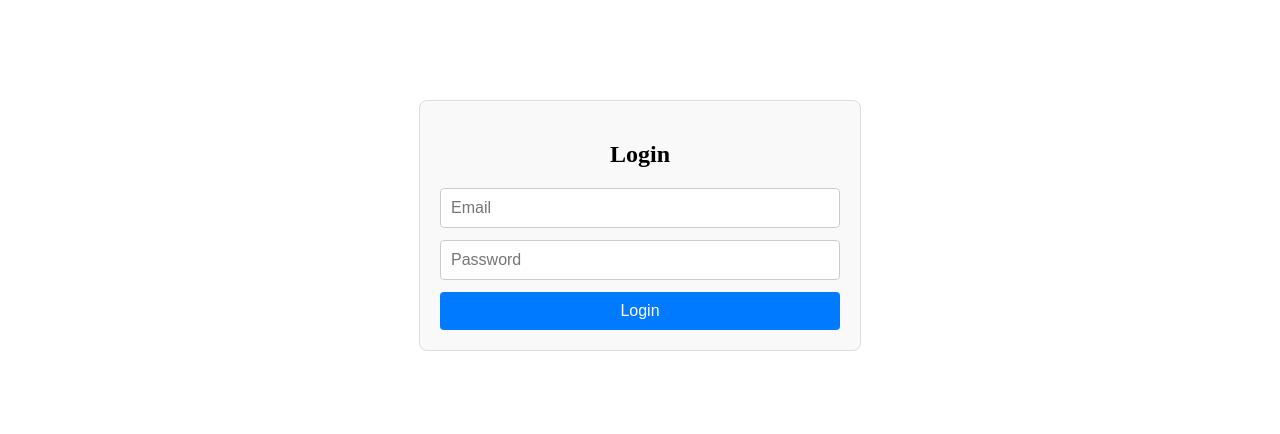
Repository: angad2803/Blood-Donor
Page: / (app in Client/)
The author's editor kept a copy of each file at every save. The page is drawn from the files as they stood at one save, then again after the next save.
The browser window is 1280 px wide. The pictures show the whole page.
The project was rebuilt for these pictures with package versions that can differ from the ones it lists, and the page was loaded fresh each time. Also part of the build but not shown: Client/vite.config.js, Client/pages/Dashboard.jsx, Client/pages/CreateRequest.jsx, Client/pages/DonorsList.jsx, Client/pages/Register.jsx.

Above is the page before, as saved 2025-06-10 09:25:25.

After the next save:
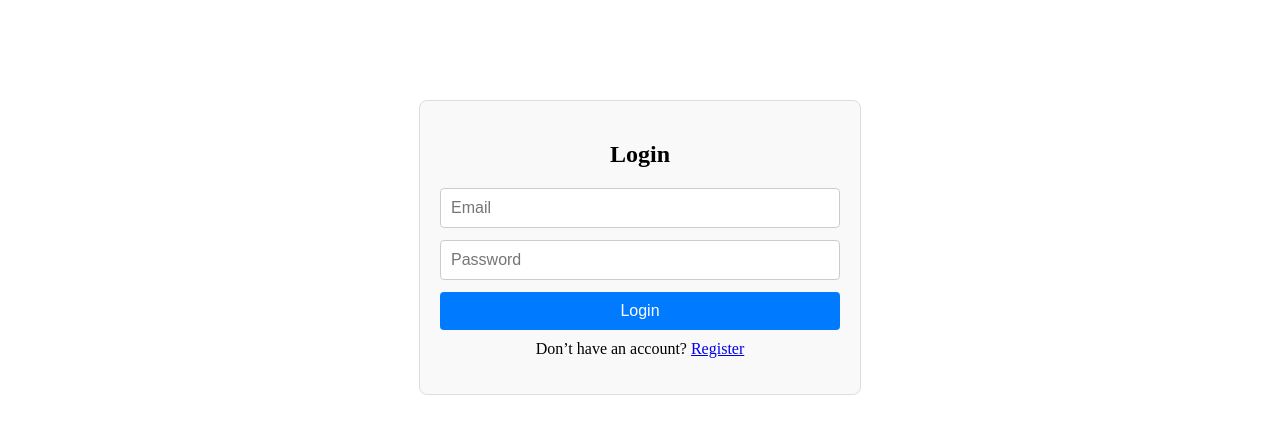
Saved 73 s later.
--- a/Client/components/Login.jsx
+++ b/Client/components/Login.jsx
@@ -1,8 +1,8 @@
 import React, { useState, useContext } from "react";
 import { AuthContext } from "../context/AuthContext";
-import { useNavigate } from "react-router-dom";
-import api from "../api/api"; // Axios instance with baseURL
-import Dashboard from "../pages/Dashboard";
+import { useNavigate, Link } from "react-router-dom";
+import api from "../api/api"; // Axios instance
+
 const Login = () => {
   const { login } = useContext(AuthContext);
   const navigate = useNavigate();
@@ -57,12 +57,12 @@ const Login = () => {
           {loading ? "Logging in..." : "Login"}
         </button>
         {error && <p style={styles.error}>{error}</p>}
+        <p style={{ marginTop: "10px" }}>
+          Don’t have an account? <Link to="/register">Register</Link>
+        </p>
       </form>
     </div>
   );
-  <p>
-    Don't have an account? <Link to="/register">Register</Link>
-  </p>;
 };
 
 const styles = {
